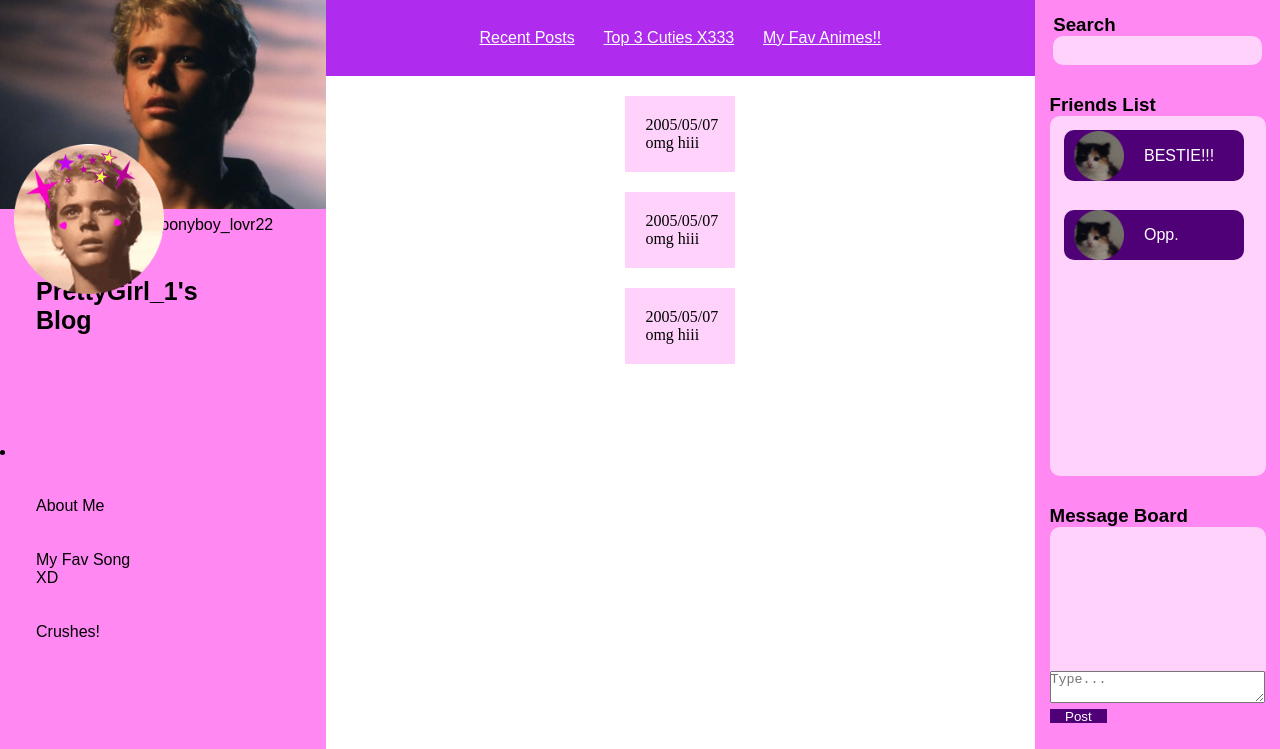
Repository: Jennica1/Frontend-Final
Page: index.html
An editor plug-in stored every save of this project. The page is shown before and after the next save, followed by the edit.
The browser window is 1280 px wide. The pictures show the whole page.

Above is the page before, as saved 2024-05-23 12:39:58.

After the next save:
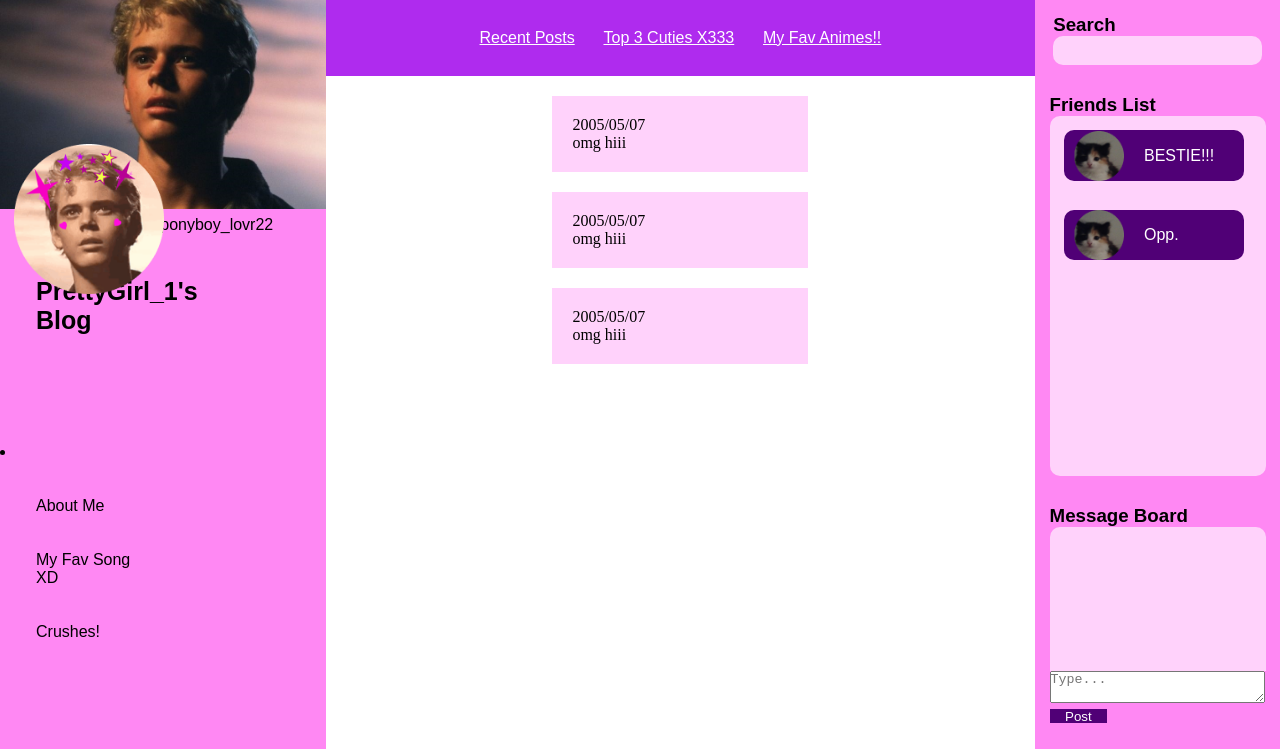
Saved 5 s later.
--- a/style.css
+++ b/style.css
@@ -211,6 +211,6 @@
   display: flex;
   margin: 20px;
   padding: 20px;
-  width: 70px;
-  background-color: #FFD2FB;
-}
+  width: 30vh;
+  background-color: #FFD2FB;
+}
